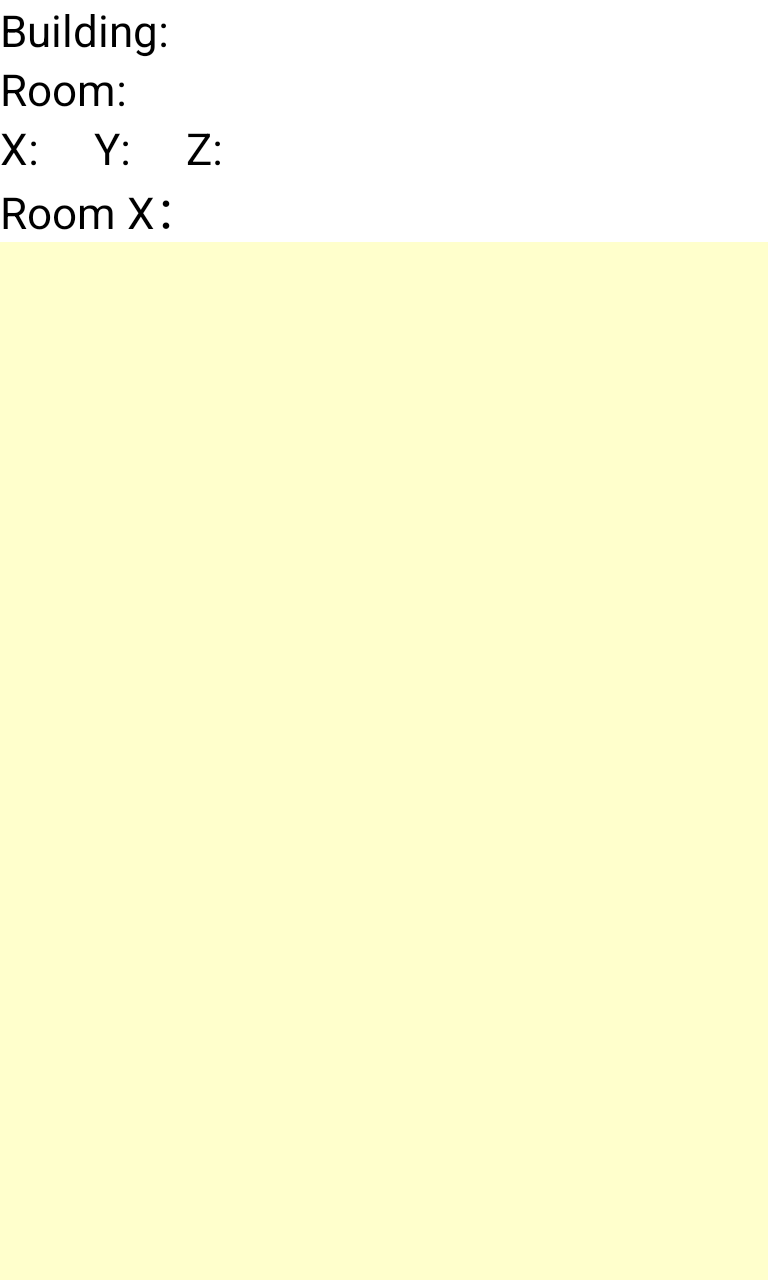
Repository: RenchuSong/tMap_Android
Layout: tmap_model_tool/res/layout/locating.xml
These files come from the project's save history. The layout is drawn as it stood at one moment and after the next save; the edit follows.
It is drawn on a 768 x 1280 px phone screen (xhdpi) without system bars, with theme AppTheme; the app's code is not run.

Above is the layout before, as saved 2014-05-11 22:32:23.

### tmap_model_tool/res/layout/locating.xml
<?xml version="1.0" encoding="utf-8"?>
<LinearLayout xmlns:android="http://schemas.android.com/apk/res/android"
    android:layout_width="match_parent"
    android:layout_height="match_parent"
    android:orientation="vertical" >

    <TextView
        android:id="@+id/building"
        android:layout_width="match_parent"
        android:layout_height="wrap_content"
        android:text="Building:"
        android:textAppearance="?android:attr/textAppearanceLarge" />

    <TextView
        android:id="@+id/room"
        android:layout_width="match_parent"
        android:layout_height="wrap_content"
        android:text="Room:"
        android:textAppearance="?android:attr/textAppearanceLarge" />

    <TextView
        android:id="@+id/location"
        android:layout_width="match_parent"
        android:layout_height="wrap_content"
        android:text="X:     Y:     Z:"
        android:textAppearance="?android:attr/textAppearanceLarge" />

    <LinearLayout
        android:layout_width="match_parent"
        android:layout_height="wrap_content" >

        <TextView
            android:id="@+id/textView1"
            android:layout_width="wrap_content"
            android:layout_height="wrap_content"
            android:text="Room X："
            android:textAppearance="?android:attr/textAppearanceLarge" />

    </LinearLayout>

    <RelativeLayout
        android:layout_width="match_parent"
        android:layout_height="match_parent"
        android:background="#ffffcc" >
    </RelativeLayout>

</LinearLayout>

Loaded but not shown: tmap_model_tool/res/values/styles.xml (common file); tmap_model_tool/res/values-v11/styles.xml (common file); tmap_model_tool/res/values-v14/styles.xml (common file)

After the next save:
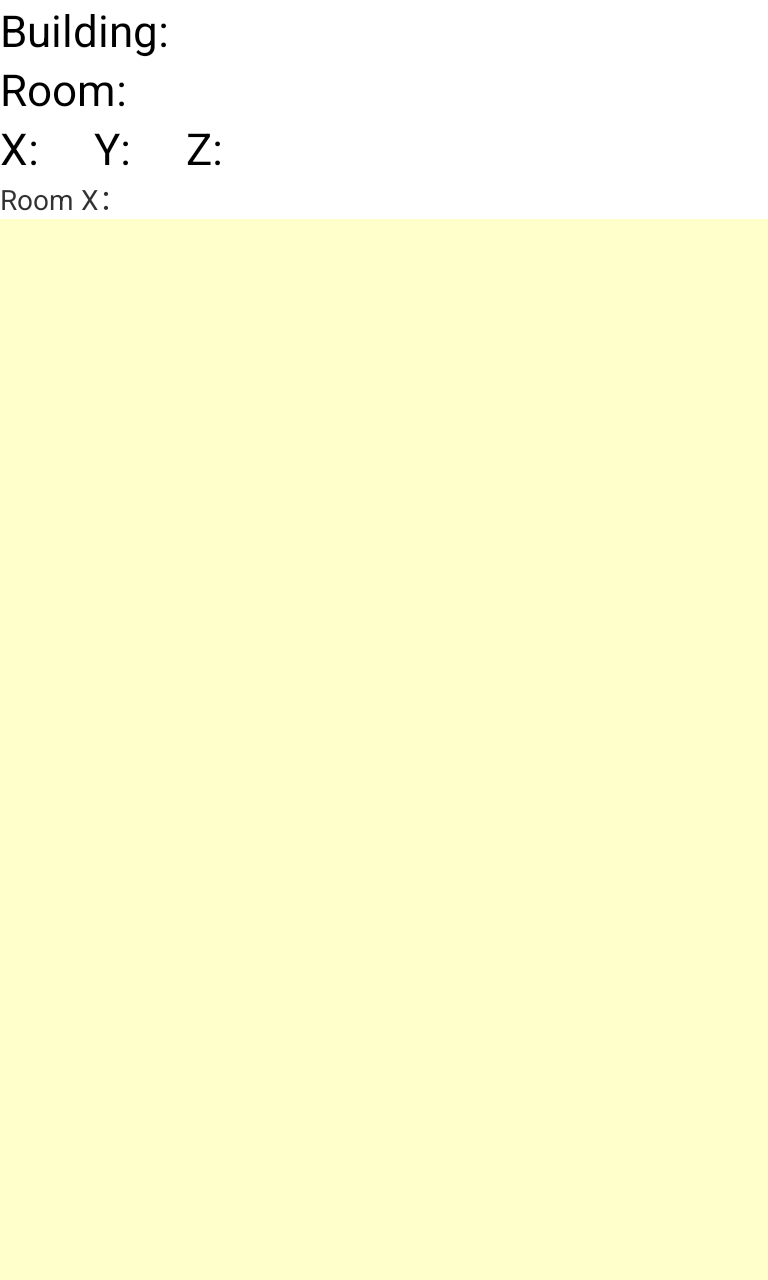
Saved 14 s later.
--- a/tmap_model_tool/res/layout/locating.xml
+++ b/tmap_model_tool/res/layout/locating.xml
@@ -33,8 +33,7 @@
             android:id="@+id/textView1"
             android:layout_width="wrap_content"
             android:layout_height="wrap_content"
-            android:text="Room X："
-            android:textAppearance="?android:attr/textAppearanceLarge" />
+            android:text="Room X："/>
 
     </LinearLayout>
 
